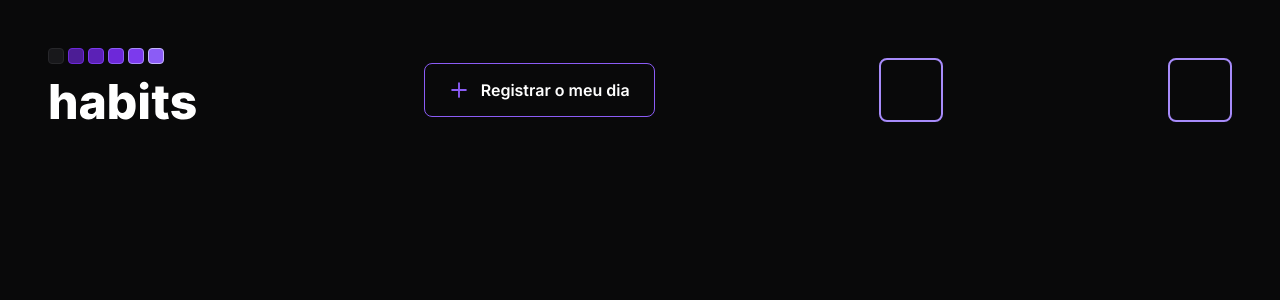
Repository: AntonyCosta/nlw-setup
Page: index.html
The author's editor kept a copy of each file at every save. The page is drawn from the files as they stood at one save, then again after a run of saves.
The browser window is 1280 px wide. The pictures show the whole page.

Above is the page before, as saved 2023-01-18 03:38:15.

After the next 2 saves:
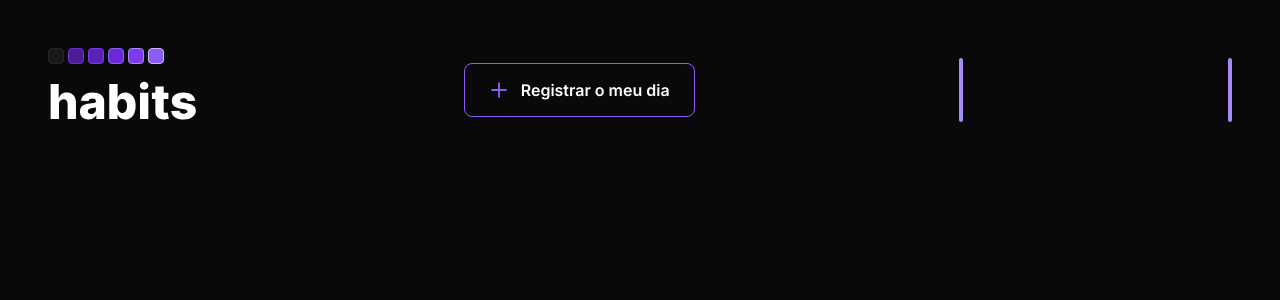
The 2 saves are shown as one change because they came seconds apart.
The last was saved 17 s later.
--- a/style.css
+++ b/style.css
@@ -41,6 +41,7 @@
 
 input {
   appearance: none;
+  -we
 
   width: 64px;
   height: 64px;

After the 2 saves that followed:
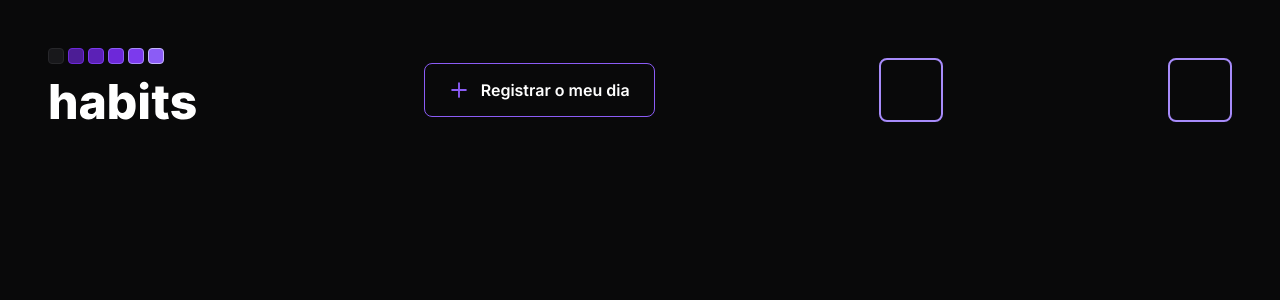
The 2 saves are shown as one change because they came seconds apart.
The last was saved 8 s later.
--- a/style.css
+++ b/style.css
@@ -41,7 +41,7 @@
 
 input {
   appearance: none;
-  -we
+  -webkit-appearance: none;
 
   width: 64px;
   height: 64px;
